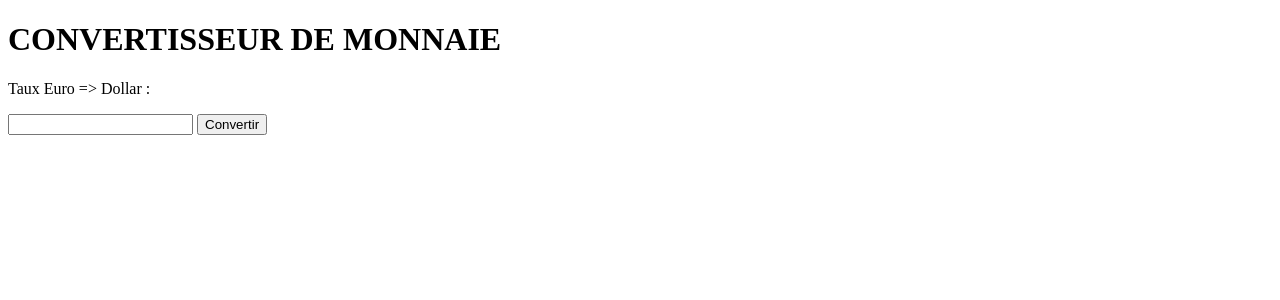
Repository: techmindconsulting/wordshiop-js
Page: index.html
The author's editor kept a copy of each file at every save. The page is drawn from the files as they stood at one save, then again after the next save.
The browser window is 1280 px wide. The pictures show the whole page.

Above is the page before, as saved 2021-01-17 12:46:41.

### index.html
<!DOCTYPE html>
<html lang="en">
<head>
    <meta charset="UTF-8">
    <meta name="viewport" content="width=device-width, initial-scale=1.0">
    <title>Convertisseur</title>
    <script src="conversion.js"></script>
</head>
<body>
    <h1>CONVERTISSEUR DE MONNAIE</h1>
    <p>Taux Euro => Dollar : </p>
    <input type="text" id="amount">
    <input type="button" value="Convertir">
</body>
</html>

Loaded but not shown: conversion.js (common file)

After the next save:
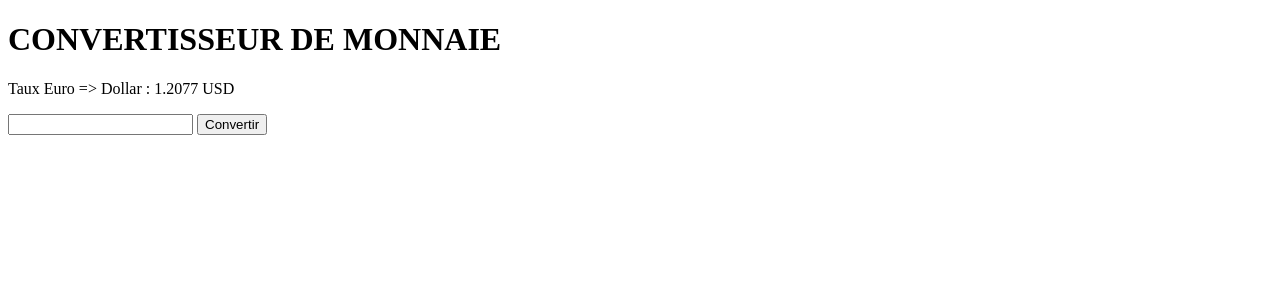
Saved 15 s later.
--- a/index.html
+++ b/index.html
@@ -8,7 +8,7 @@
 </head>
 <body>
     <h1>CONVERTISSEUR DE MONNAIE</h1>
-    <p>Taux Euro => Dollar : </p>
+    <p>Taux Euro => Dollar : 1.2077 USD</p>
     <input type="text" id="amount">
     <input type="button" value="Convertir">
 </body>
